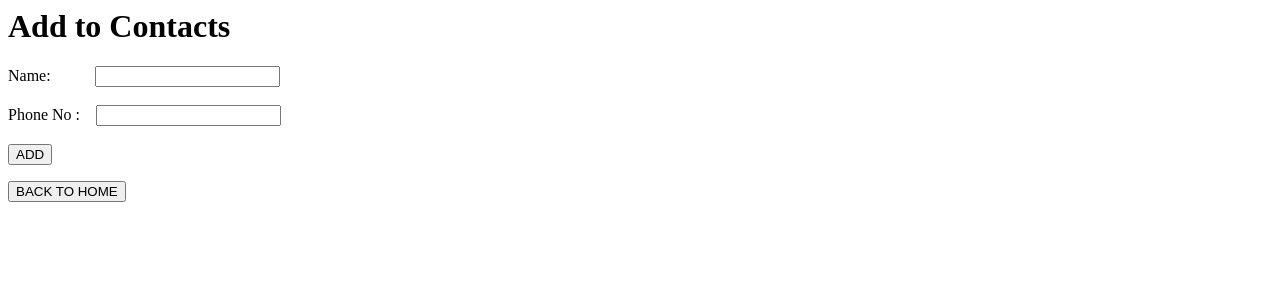
Repository: nikhilbad7/jsp-practicals
Page: classwork/WebContent/exp13add.html
These files come from the project's save history. The page is drawn as it stood at one moment and after the next save; the edit follows.
The browser window is 1280 px wide. The pictures show the whole page.

Above is the page before, as saved 2018-04-12 06:53:32.

### classwork/WebContent/exp13add.html
<html>
	<head>
		<title>Add to Contacts</title>
		<script>
			function backhome(){
				window.location("exp13.html");
			}
		</script>
	</head>
	<body>
		<h1>Add to Contacts</h1>
		<form action="exp13save.jsp">
			Name: &nbsp;&nbsp;&nbsp;&nbsp;&nbsp;&nbsp;&nbsp;&nbsp;&nbsp;&nbsp;<input type="text" name="name" /><br/><br/>
			Phone No : &nbsp;&nbsp;&nbsp;<input type="text" name="phn" /><br/><br/>
			<input type="submit" value="ADD" /> &nbsp;&nbsp;&nbsp;&nbsp;&nbsp;&nbsp;&nbsp;&nbsp;
		</form>
		<input type="button" value="BACK TO HOME" onclick="backhome()" />
		</body>
</html>

After the next save:
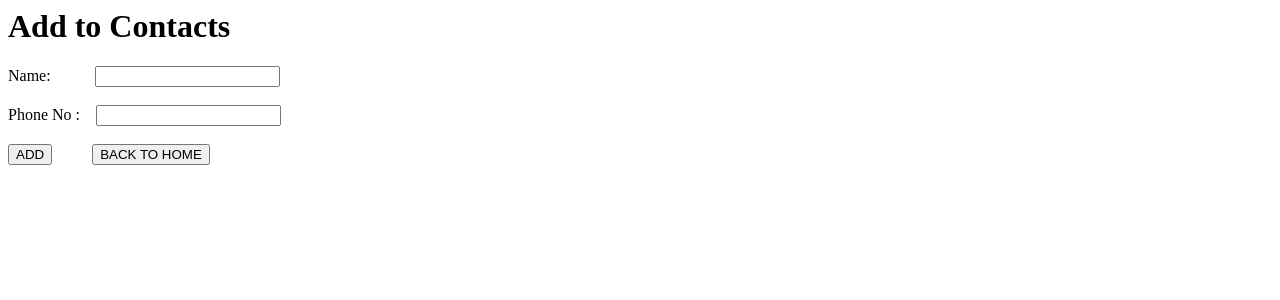
Saved 2 min 26 s later.
--- a/classwork/WebContent/exp13add.html
+++ b/classwork/WebContent/exp13add.html
@@ -13,7 +13,8 @@
 			Name: &nbsp;&nbsp;&nbsp;&nbsp;&nbsp;&nbsp;&nbsp;&nbsp;&nbsp;&nbsp;<input type="text" name="name" /><br/><br/>
 			Phone No : &nbsp;&nbsp;&nbsp;<input type="text" name="phn" /><br/><br/>
 			<input type="submit" value="ADD" /> &nbsp;&nbsp;&nbsp;&nbsp;&nbsp;&nbsp;&nbsp;&nbsp;
+			<input type="button" value="BACK TO HOME" onclick="backhome()" >
 		</form>
-		<input type="button" value="BACK TO HOME" onclick="backhome()" />
+
 		</body>
 </html>
